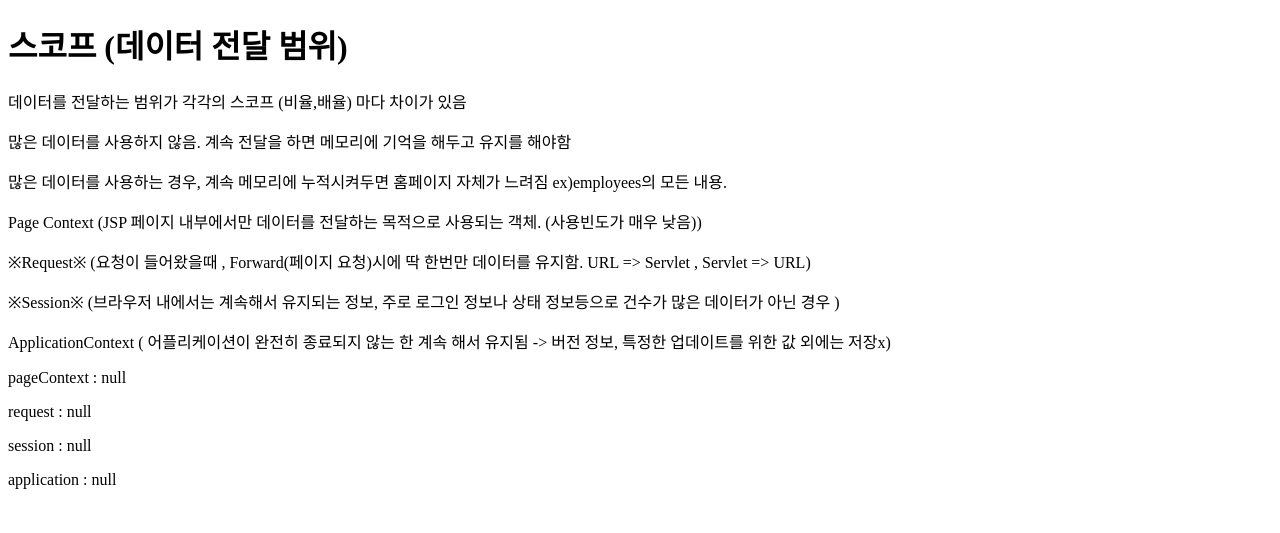
Repository: Kimgigon123123/JspServlet
Page: http://localhost/04.Implicit/Ex01_Request/Ex04_Scope.jsp
These files come from the project's save history. The page is drawn as it stood at one moment and after the next save; the edit follows.
The browser window is 1280 px wide. The pictures show the whole page.
The page is served by Tomcat 9. Other server files are loaded and not shown. The template is opened directly, without the code that normally fills it, so the values that code supplies are empty.

Above is the page before, as saved 2023-05-22 03:37:20.

### WorkSpace/04.Implicit/src/main/webapp/Ex01_Request/Ex04_Scope.jsp
<%@ page language="java" contentType="text/html; charset=UTF-8"
    pageEncoding="UTF-8"%>
<!DOCTYPE html>
<html>
<head>
<meta charset="UTF-8">
<title>Insert title here</title>
</head>
<body>
	<h1> 스코프 (데이터 전달 범위)</h1>
	<p>데이터를 전달하는 범위가 각각의 스코프 (비율,배율) 마다 차이가 있음</p>
	<p>많은 데이터를 사용하지 않음. 계속 전달을 하면 메모리에 기억을 해두고 유지를 해야함</p>
	<p>많은 데이터를 사용하는 경우, 계속 메모리에 누적시켜두면 홈페이지 자체가 느려짐 ex)employees의 모든 내용.</p>
	<p>Page Context (JSP 페이지 내부에서만 데이터를 전달하는 목적으로 사용되는 객체. (사용빈도가 매우 낮음))</p>
	<p>※Request※ (요청이 들어왔을때 , Forward(페이지 요청)시에 딱 한번만 데이터를 유지함. URL => Servlet , Servlet => URL)</p>
	<p>※Session※ (브라우저 내에서는 계속해서 유지되는 정보, 주로 로그인 정보나 상태 정보등으로 건수가 많은 데이터가 아닌 경우 ) </p>
	<p>ApplicationContext ( 어플리케이션이 완전히 종료되지 않는 한 계속 해서 유지됨 -> 버전 정보, 특정한 업데이트를 위한 값 외에는 저장x)</p>

	<%
		pageContext.setAttribute("pageCtx", "KGG_PAGE_CTX"); //페이지 내에서만 사용하는 객체
		request.setAttribute("req", "KGG_REQ");
		// Request = > 1. getPrameter (URL 또는 FROM 태그를 이용한 경우 내부 태그를 name으로 구분하여 파라메터가 String으로 들어있음)
		//    	   = > 2. Attribute < = 어떤 요청을 통해서 오거나 Request가 Froward 라는 기능으로 페이지 전환을 하는경우 Object가 들어있음
		session.setAttribute("session","KGG_SESSION");
		application.setAttribute("app", "KGG_APPV1.1");


	%>

	<p>pageContext : <%=pageContext.getAttribute("pageCnx") %>
	<p>request : <%=request.getAttribute("pageCnx") %>
	<p>session : <%=session.getAttribute("pageCnx") %>
	<p>application : <%=application.getAttribute("pageCnx") %>


</body>
</html>

After the next save:
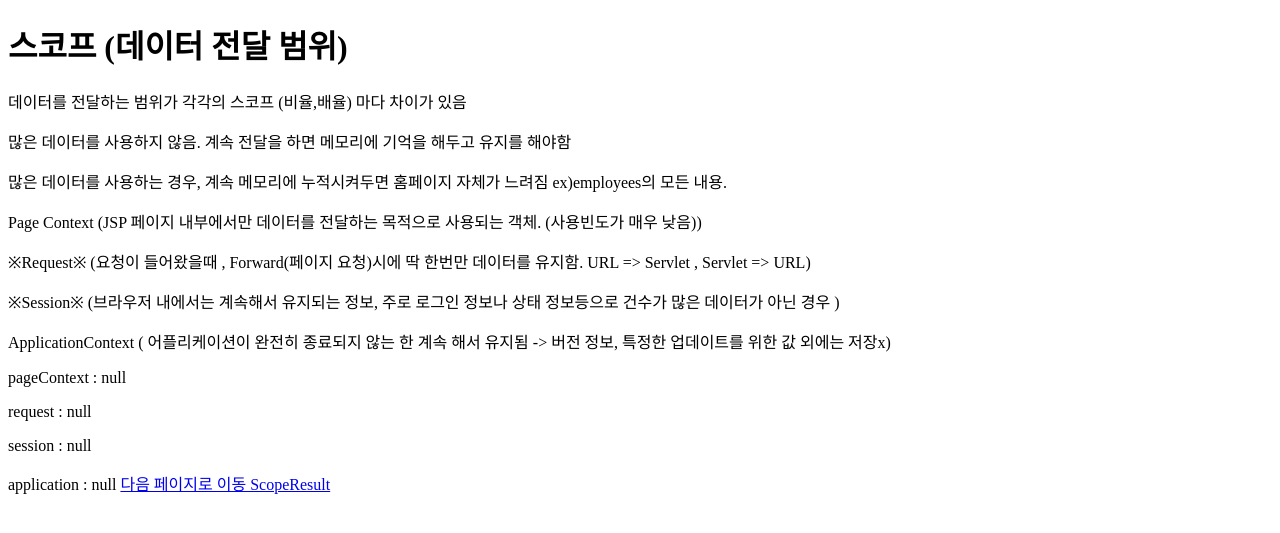
Saved 41 s later.
--- a/WorkSpace/04.Implicit/src/main/webapp/Ex01_Request/Ex04_Scope.jsp
+++ b/WorkSpace/04.Implicit/src/main/webapp/Ex01_Request/Ex04_Scope.jsp
@@ -32,6 +32,8 @@
 	<p>session : <%=session.getAttribute("pageCnx") %>
 	<p>application : <%=application.getAttribute("pageCnx") %>
 
+	<a href="Ex04_ScopeResult.jsp">다음 페이지로 이동 ScopeResult</a>
+
 
 </body>
 </html>
